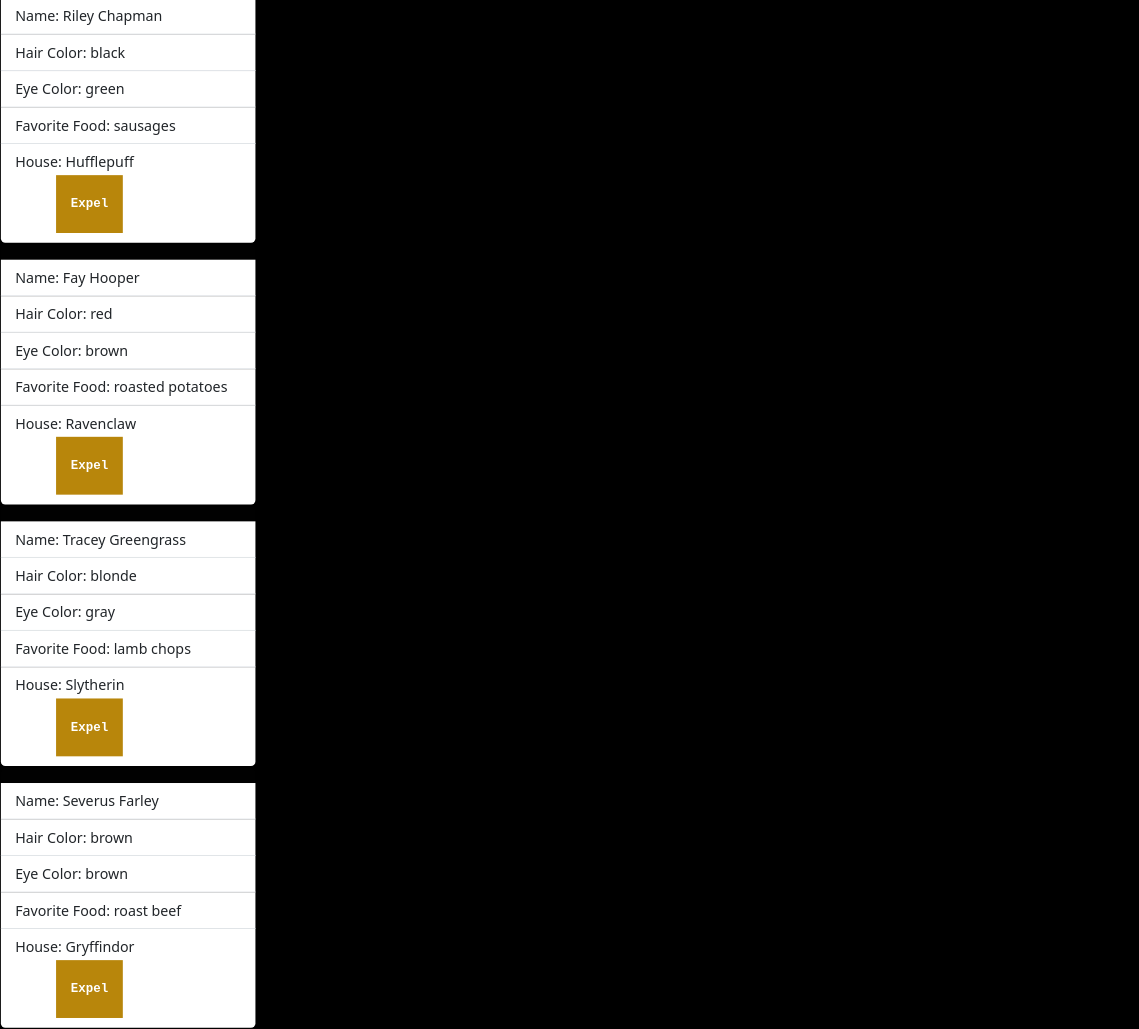
Repository: jontslater/INDIVIDUAL-PROJECT-sorting-hat
Page: index.html
These files come from the project's save history. The page is drawn as it stood at one moment and after the next save; the edit follows.
The browser window is 1280 px wide. The pictures show the part of the page from y = 538 to 1694 px (the page is 1694 px tall), at 89% of full size.
A picture or video elsewhere on the page could not be fetched, so the positions and the page height are approximate.

Above is the page before, as saved 2023-10-31 19:02:48.

### index.html
<!DOCTYPE html>
<html lang="en">
<head>
  <meta charset="UTF-8">
  <meta name="viewport" content="width=device-width, initial-scale=1.0">
  <title>SortingHat</title>

  <link href="https://cdn.jsdelivr.net/npm/bootstrap@5.3.2/dist/css/bootstrap.min.css" rel="stylesheet" integrity="sha384-T3c6CoIi6uLrA9TneNEoa7RxnatzjcDSCmG1MXxSR1GAsXEV/Dwwykc2MPK8M2HN" crossorigin="anonymous">
  <link rel="stylesheet" href="main.css">
</head>
<body>
  <div class="card">
    <div class="card-header">
      <img src="https://media.tenor.com/vkDuuNm40XoAAAAd/hogwarts-legacy-warner-bros-interactive-entertainment.gif" alt="" class="sortingHat">
    </div>
    <div class="card-body">
      <h5 class="card-title">Hello, I am the sorting hat!</h5>
      <p class="card-text">Right. Right then. Hmmmm. Right.... You are going to house .... </p>
      <button class= "btn" id="btn">Begin Sorting</button>
      <form id="form" class="names">
       <input type="text" id="firstName" required>First Name
        <input type="text" id="lastName" required>Last Name
       <input type="text" id="hairColor" required>Hair Color
       <input type="text" id="eyeColor"  required>Eye Color
       <input type="text" id="favoriteFood">Favorite Food
       <button class= "btn" id="enter">Enter House</button>
     </form>


    </div>
  </div>
  <div>
  </div>
  <div id="app"></div>

  <script src="https://cdn.jsdelivr.net/npm/bootstrap@5.3.2/dist/js/bootstrap.bundle.min.js" integrity="sha384-C6RzsynM9kWDrMNeT87bh95OGNyZPhcTNXj1NW7RuBCsyN/o0jlpcV8Qyq46cDfL" crossorigin="anonymous"></script>
  <script src="main.js"></script>
</body>
</html>

### main.css
body{
  background-color: black;
}

.card{
  background-color:black;
  color: darkgoldenrod;
  width: 450px;
}

.btn{
  margin-left: 121px;
  margin-top: 3px;
  margin-bottom: 3px;
  right: 120px;
  width: 187px;
  height: 65px;
  border: none;
  color: white;
  font-size:14px;
  font-weight:700;
  background-color:darkgoldenrod;
  position: relative;
  font-family: monospace;
}

.names{
  display: none;
}

.btn-warning{
  margin-left: 121px;
  margin-top: 3px;
  margin-bottom: 3px;
  right: 75px;
  width: 75px;
  height: 65px;
  border: none;
  color: white;
  font-size:14px;
  font-weight:700;
  background-color:darkgoldenrod;
  position: relative;
  font-family: monospace;
}

### main.js
const students =[
  {
    id: 1,
    firstName: "Riley",
    lastName: "Chapman",
    hairColor: "black",
    eyeColor: "green",
    favoriteFood: "sausages",
    house: "Hufflepuff"
  },
  {
    id: 2,
    firstName: "Fay",
    lastName: "Hooper",
    hairColor: "red",
    eyeColor: "brown",
    favoriteFood: "roasted potatoes",
    house: "Ravenclaw"
  },
  {
    id: 3,
    firstName: "Tracey",
    lastName: "Greengrass",
    hairColor: "blonde",
    eyeColor: "gray",
    favoriteFood: "lamb chops",
    house: "Slytherin",
  },
  {
    id: 4,
    firstName: "Severus",
    lastName: "Farley",
    hairColor: "brown",
    eyeColor: "brown",
    favoriteFood: "roast beef",
    house: "Gryffindor",
  }
]
const app = document.querySelector("#app");
const btn = document.querySelector("#btn");

const renderToDom = (Students) =>{

  let domString = "";

  for(let student of students){

    domString += `<div class="card" style="width: 18rem;">
    <div class="card-header">
    </div>
    <ul class="list-group list-group-flush">

      <li class="list-group-item">Name: ${student.firstName} ${student.lastName}
      <li class="list-group-item">Hair Color: ${student.hairColor}
      <li class="list-group-item">Eye Color: ${student.eyeColor}
      <li class="list-group-item"> Favorite Food: ${student.favoriteFood}
      <li class="list-group-item"> House: ${student.house}
      <button type="button" class="btn-warning">Expel</button>
    </ul>
  </div>`
  }
  const app = document.querySelector("#app")
  app.innerHTML = domString
}

renderToDom(students)

btn.addEventListener("click", () => {
  const form = document.querySelector("form");

  if(form.style.display === "none"){
    form.style.display = "block";
  }else{
    form.style.display = "none";
  }
});

const houses = ["Hufflepuff","Ravenclaw","Slytherin","Gryffindor"]

const houseRandomizer = (min, max) => {
  return Math.floor(Math.random() * 3);
}

const form = document.querySelector("form");

const createStudent = (event) => {
  event.preventDefault();
  const randomHouse = houseRandomizer(0,3);
  const houseAssigned = houses[randomHouse]
  const newStudent
   = {
    id: students.length +1,
    firstName: document.querySelector("#firstName").value,
    lastName: document.querySelector("#lastName").value,
    hairColor: document.querySelector("#hairColor").value,
    eyeColor: document.querySelector("#eyeColor").value,
    favoriteFood: document.querySelector("#favoriteFood").value,
    house: houseAssigned
  }
  students.push(newStudent);
  renderToDom(students);
  form.reset();
}
form.addEventListener("submit", createStudent)

After the next save:
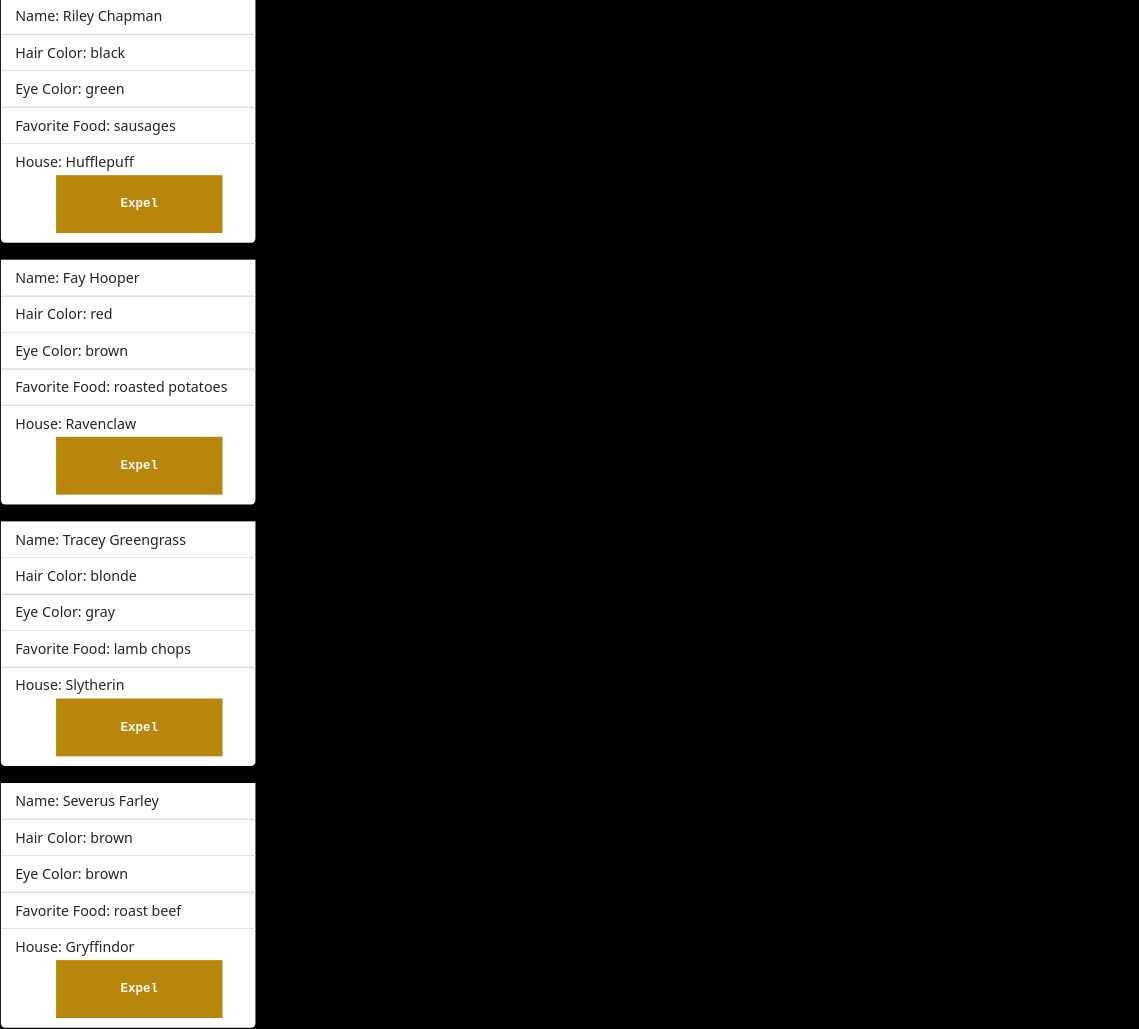
Saved 10 s later.
--- a/main.css
+++ b/main.css
@@ -33,7 +33,7 @@
   margin-top: 3px;
   margin-bottom: 3px;
   right: 75px;
-  width: 75px;
+  width: 187px;
   height: 65px;
   border: none;
   color: white;
